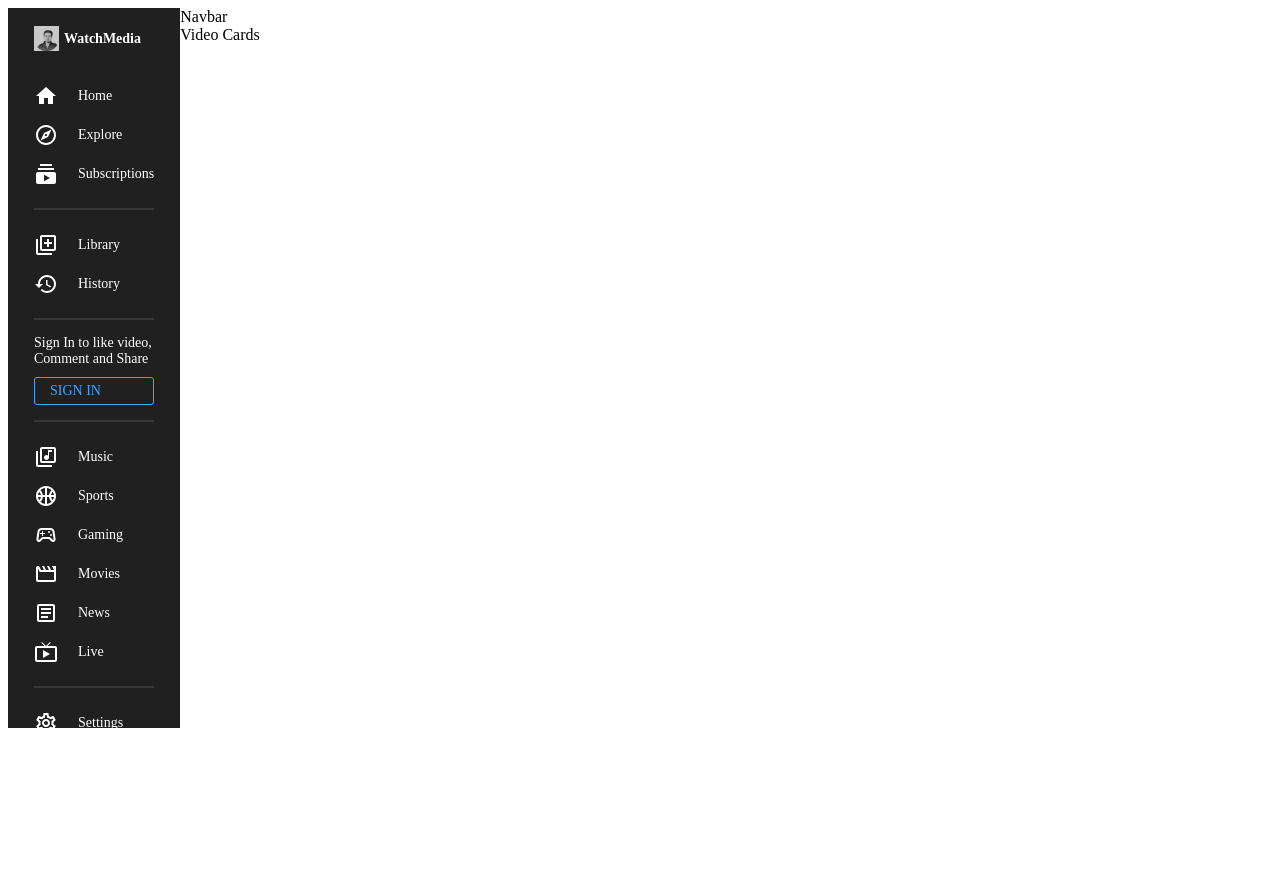
Repository: inzamamahmad3/final-year-project-skeleton
Page: /video/test
The author's editor kept a copy of each file at every save. The page is drawn from the files as they stood at one save, then again after the next save.
The browser window is 1280 px wide. The pictures show the whole page.
The project was rebuilt for these pictures with package versions that can differ from the ones it lists, and the page was loaded fresh each time.

Above is the page before, as saved 2023-07-18 00:36:04.

### src/App.js
import styled from "styled-components";
import Menu from "./components/Menu";
import Navbar from "./components/Navbar";

const Container = styled.div`
  display: flex;
`;
const Main = styled.div`
  flex: 7;
`;
const Wrapper = styled.div``;

function App() {
  return (
    <>
      <Container>
        <Menu />
        <Main>
          <Navbar />
          <Wrapper>Video Cards</Wrapper>
        </Main>
      </Container>
    </>
  );
}

export default App;

### src/components/Menu.jsx
import React from "react";
import styled from "styled-components";
import watch from "../img/pic.png";
import HomeIcon from "@mui/icons-material/Home";
import ExploreOutlinedIcon from "@mui/icons-material/ExploreOutlined";
import SubscriptionsIcon from "@mui/icons-material/Subscriptions";
import LibraryAddOutlinedIcon from "@mui/icons-material/LibraryAddOutlined";
import HistoryOutlinedIcon from "@mui/icons-material/HistoryOutlined";
import LibraryMusicOutlinedIcon from "@mui/icons-material/LibraryMusicOutlined";
import SportsEsportsOutlinedIcon from "@mui/icons-material/SportsEsportsOutlined";
import SportsBasketballOutlinedIcon from "@mui/icons-material/SportsBasketballOutlined";
import MovieOutlinedIcon from "@mui/icons-material/MovieOutlined";
import ArticleOutlinedIcon from "@mui/icons-material/ArticleOutlined";
import LiveTvOutlinedIcon from "@mui/icons-material/LiveTvOutlined";
import AccountCircleOutlinedIcon from "@mui/icons-material/AccountCircleOutlined";
import SettingsOutlinedIcon from "@mui/icons-material/SettingsOutlined";
import FlagOutlinedIcon from "@mui/icons-material/FlagOutlined";
import HelpOutlineOutlinedIcon from "@mui/icons-material/HelpOutlineOutlined";
import SettingsBrightnessOutlinedIcon from "@mui/icons-material/SettingsBrightnessOutlined";
import { Link } from "react-router-dom";

const Container = styled.div`
  flex: 1;
  background-color: #202020;
  height: 100vh;
  color: white;
  font-size: 14px;
`;

const Wrapper = styled.div`
  padding: 18px 26px;
`;

const Logo = styled.div`
  display: flex;
  align-items: center;
  gap: 5px;
  font-weight: bold;
  margin-bottom: 25px;
`;

const Item = styled.div`
  display: flex;
  align-items: center;
  gap: 20px;
  cursor: pointer;
  padding: 7.5px 0px;
`;

const Img = styled.img`
  height: 25px;
`;

const Hr = styled.hr`
  margin: 15px 0px;
  border: 0.5px solid #373737;
`;

const Login = styled.div``;
const Button = styled.div`
  padding: 5px 15px;
  background-color: transparent;
  border: 1px solid #3ea6ff;
  color: #3ea6ff;
  border-radius: 3px;
  font-weight: 500;
  margin-top: 10px;
  cursor: pointer;
  display: flex;
  align-items: center;
  gap: 5px;
`;

function Menu() {
  return (
    <Container>
      <Wrapper>
        <Logo>
          <Img src={watch} />
          WatchMedia
        </Logo>
        <Item>
          <HomeIcon />
          Home
        </Item>
        <Item>
          <ExploreOutlinedIcon />
          Explore
        </Item>
        <Item>
          <SubscriptionsIcon />
          Subscriptions
        </Item>
        <Hr />
        <Item>
          <LibraryAddOutlinedIcon />
          Library
        </Item>
        <Item>
          <HistoryOutlinedIcon />
          History
        </Item>
        <Hr />
        <Login>
          Sign In to like video, Comment and Share
          <Button> SIGN IN</Button>
        </Login>
        <Hr />
        <Item>
          <LibraryMusicOutlinedIcon />
          Music
        </Item>
        <Item>
          <SportsBasketballOutlinedIcon />
          Sports
        </Item>
        <Item>
          <SportsEsportsOutlinedIcon />
          Gaming
        </Item>
        <Item>
          <MovieOutlinedIcon />
          Movies
        </Item>
        <Item>
          <ArticleOutlinedIcon />
          News
        </Item>
        <Item>
          <LiveTvOutlinedIcon />
          Live
        </Item>
        <Hr />
        <Item>
          <SettingsOutlinedIcon />
          Settings
        </Item>
        <Item>
          <FlagOutlinedIcon />
          Report
        </Item>
        <Item>
          <HelpOutlineOutlinedIcon />
          Help
        </Item>
        <Item>
          <SettingsBrightnessOutlinedIcon />
          Dark Mode
        </Item>
      </Wrapper>
    </Container>
  );
}

export default Menu;

Loaded but not shown: public/index.html (common file); src/index.js (common file); src/components/Navbar.jsx (common file)

After the next save:
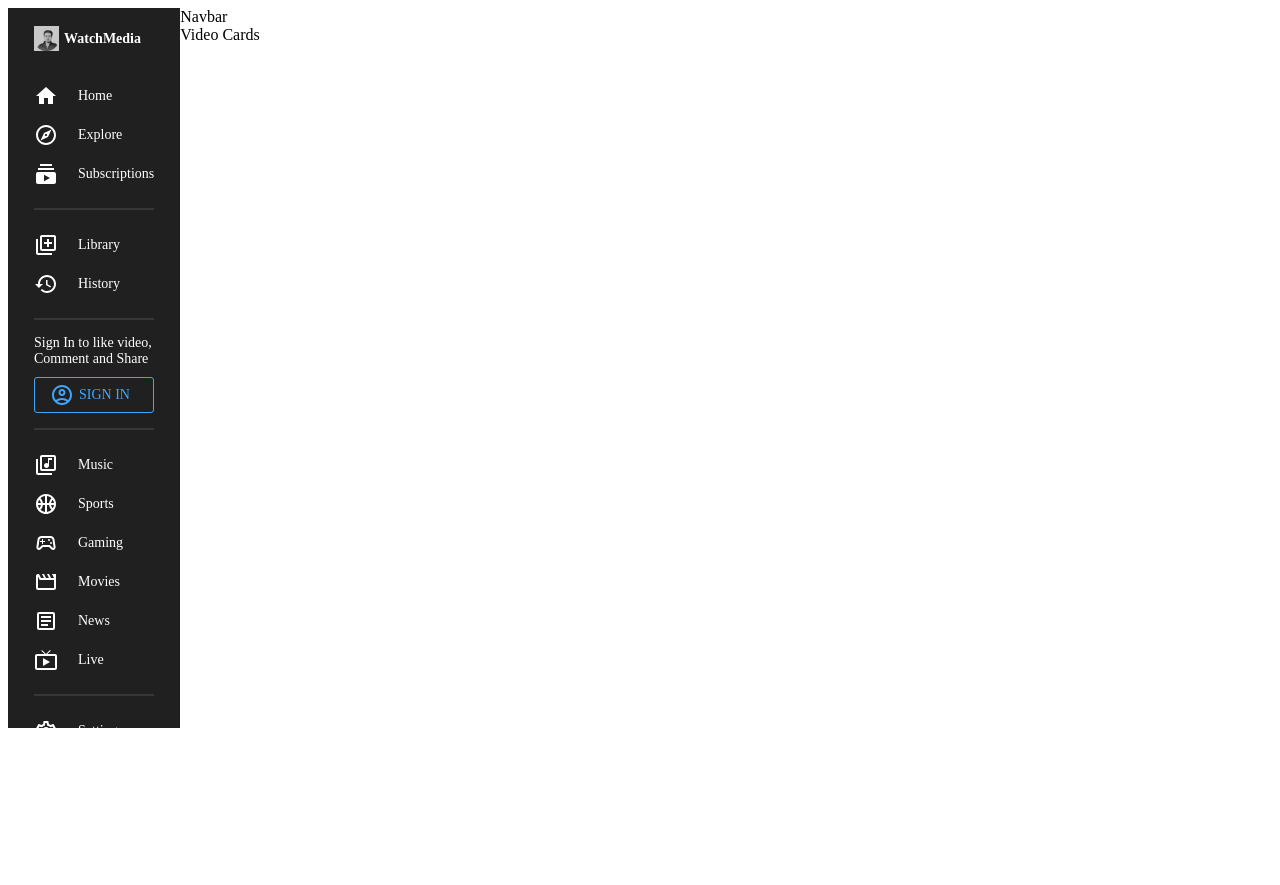
Saved 110 s later.
--- a/src/components/Menu.jsx
+++ b/src/components/Menu.jsx
@@ -103,7 +103,10 @@ function Menu() {
         <Hr />
         <Login>
           Sign In to like video, Comment and Share
-          <Button> SIGN IN</Button>
+          <Button>
+            {" "}
+            <AccountCircleOutlinedIcon /> SIGN IN
+          </Button>
         </Login>
         <Hr />
         <Item>
